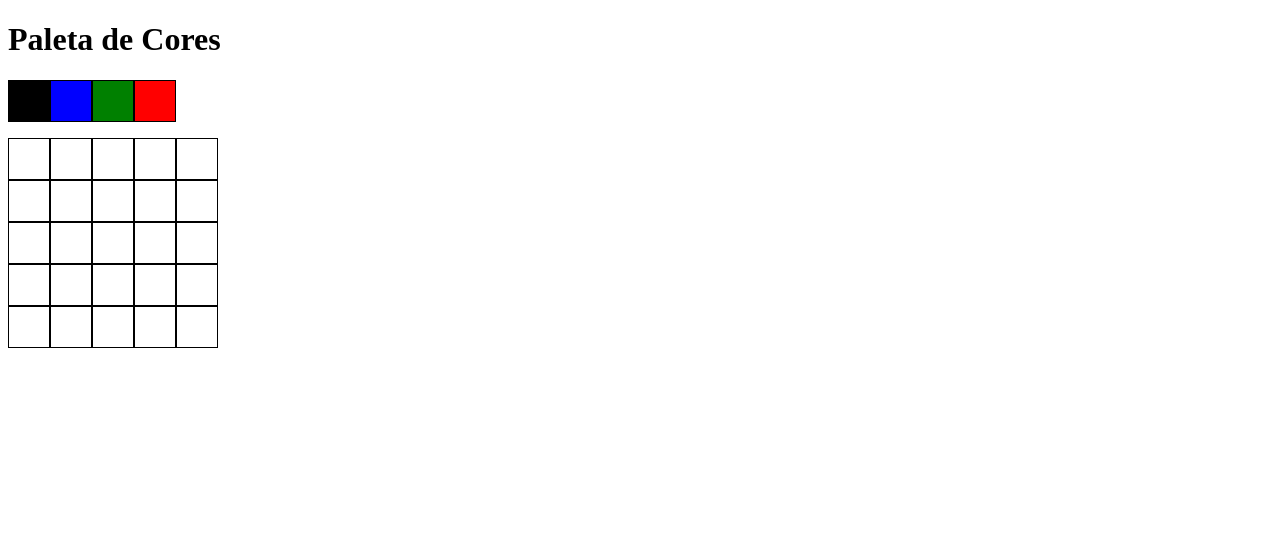
Repository: MuriloColleti/project-Pixer-Art
Page: index.html
The author's editor kept a copy of each file at every save. The page is drawn from the files as they stood at one save, then again after the next save.
The browser window is 1280 px wide. The pictures show the whole page.

Above is the page before, as saved 2024-02-06 15:20:01.
Console error: TypeError: Cannot read properties of null (reading 'appendChild')

After the next save:
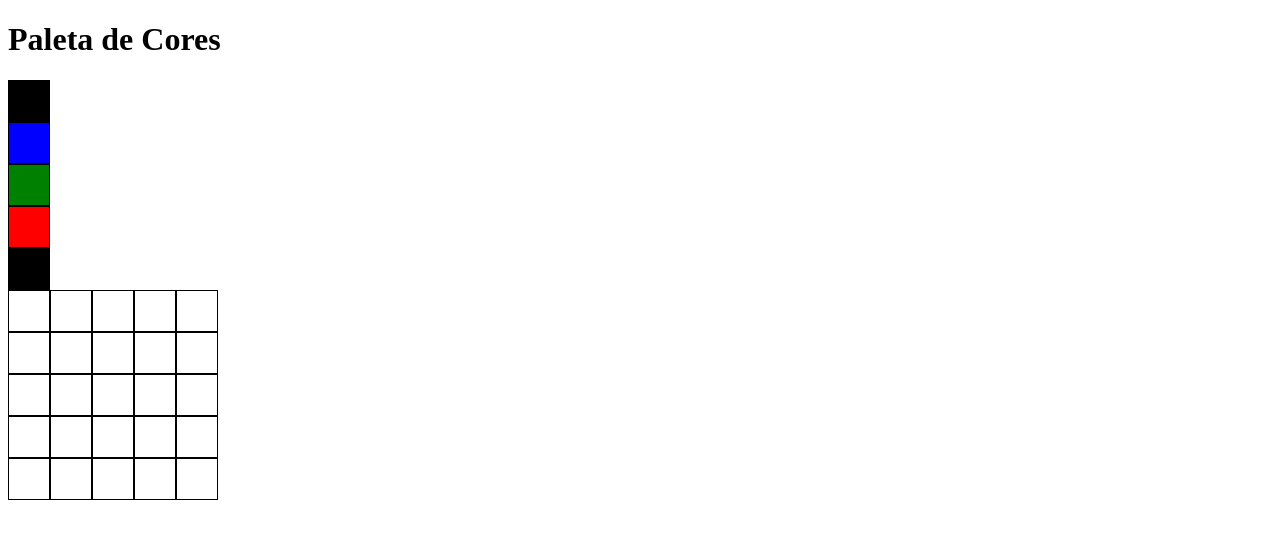
The error is gone.
Saved 64 s later.
--- a/index.html
+++ b/index.html
@@ -10,7 +10,7 @@
 <body>
     <header> <h1 id="title"> Paleta de Cores </h1> </header>
 
-<div class="pallet-container">
+<div id="pallet-container">
     <div class="square black color"></div>
     <div class="square blue color"></div>
     <div class="square green color"></div>
